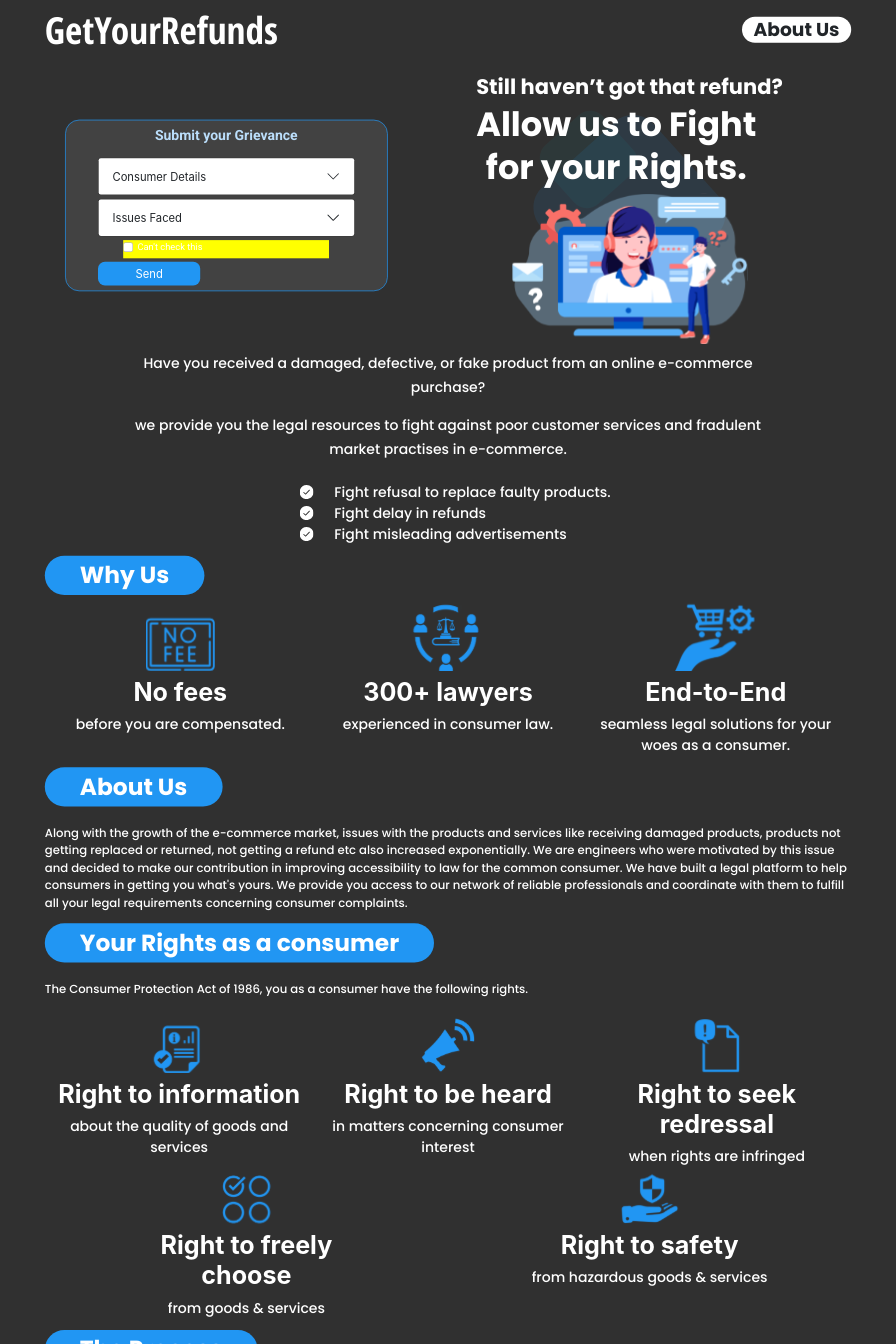
Repository: Eren00Yeager/initial-survey
Page: /consumer-complaints
These files come from the project's save history. The page is drawn as it stood at one moment and after the next save; the edit follows.
The browser window is 1280 px wide. The pictures show the part of the page from y = 0 to 1920 px (the page is 2604 px tall), at 70% of full size.
Some web fonts or font styles are not loaded; a fallback is used. The project was rebuilt for these pictures with package versions that can differ from the ones it lists, and the page was loaded fresh each time. The framework's server and built-in components were replaced by stand-ins that run in the browser. Also part of the build but not shown: next.config.js.

Above is the page before, as saved 2022-07-14 13:09:25.

### styles/globals.scss
@import "~bootstrap/scss/bootstrap";
html,
body {
  padding: 0;
  margin: 0;
  font-family: -apple-system, BlinkMacSystemFont, Segoe UI, Roboto, Oxygen,
    Ubuntu, Cantarell, Fira Sans, Droid Sans, Helvetica Neue, sans-serif;
}

a {
  color: inherit;
  text-decoration: none;
}

* {
  box-sizing: border-box;
}

### styles/consumer.module.css
@import url('https://fonts.googleapis.com/css2?family=Poppins:wght@700&display=swap');
@import url('https://fonts.googleapis.com/css2?family=Poppins:wght@500&display=swap');
@import url('https://fonts.googleapis.com/css2?family=Poppins:wght@400&display=swap');
@import url('https://fonts.googleapis.com/css2?family=Playfair+Display:wght@400&display=swap');
@import url('https://fonts.googleapis.com/css2?family=Roboto:wght@700&display=swap');
@import url('https://fonts.googleapis.com/css2?family=Roboto:wght@400&display=swap');
@import url('https://fonts.googleapis.com/css2?family=Open+Sans:wght@700&display=swap');
@import url('http://fonts.cdnfonts.com/css/sf-pro-display');
.container{font-size:2.083vw;}
@media only screen and (max-width: 900px) {
    .container{font-size:16px;}
    .log{
        width:  60px;
        height: 60px;
        }
    .container{
        background-color: #303030;
        /* background-image: linear-gradient(to top,#712020, #FF9C60); */
        /* min-height: 100vh; */
        width: 100%;
        display: flex;
        flex-direction: column;
        justify-content: space-between;
        row-gap: 30px;
        padding: 5px 10px;
        }
      .main{
        /* background-color: #FF9C60; */
        display: flex;
        flex-direction: column-reverse;
        justify-content: center;
        align-items: center;
        row-gap: 30px;
    }
    .frm{
        width: 90%;
        border: 2px solid #2196F3;
        border-radius: 20px;
        background-color: #424242;
        display: flex;
        flex-direction: column;
        padding: 8px 15px 8px 15px;
        row-gap: 20px;
    }

      .fm{
        display: flex;
        flex-direction:column;
        /* background-color: aqua; */
        /* align-items: center; */
        }
        .hd{
            font-size: 32px;
            color: #FFFFFF;
            text-align: center;
            font-family: 'Open Sans Condensed';
            font-style: normal;
            font-weight: 700;
            line-height: 44px;
            }
            .head{
            display: flex;
            flex-direction: row;
            align-items: center;
            width:90%;
            margin-left: auto;
            margin-right: auto;
            justify-content: space-between;
            }
      .btn{
        background-color: #FFFFFF;
        border: none;
        border-radius: 50px;
        padding: 0px 10px;
        font-family: 'Poppins';
        font-style: normal;
        font-weight: 700;
        color: 000000;
        font-size: 1em;

      }
      .t1{
          position: absolute;
          top:0;
        }

      .m1{
          display: flex;
          flex-direction: column;
          background-color: aquamarine;

      }
      .grev{
        color: #BBDEFB;
        text-align: center;
        font-family: 'Roboto';
         font-style: normal;
         font-weight: 700;
         font-size: 24px;
     }
     .nam{
     font-family: 'Poppins';
     font-style: normal;
     font-weight: 700;
     font-size: 20px;
     color: #FFFFFF;

     }
     .plc{
     font-family: 'Poppins';
     font-style: normal;
     font-weight: 500;
     font-size: 20px;
     line-height: 30px;
     border-radius: 20px;
     color: #A6A6A6;
     padding: 5px 20px;
     border:none;
     width:100%;
     }
     .check{
         width:25px;
         height: 25px;
     }
     .int{
         display: flex;
         flex-direction: row;
         column-gap: 10px;
         align-items: center;
     }
     .terms{

        color:#FFFFFF;
        align-self: center;
        font-family: 'Roboto';
        font-style: normal;
        font-weight: 500;
        font-size: 16px;
        line-height: 19px;
        width:100%;

     }
     .sub{
     background-color: #2196F3;
     border: none;
     color: #FFFFFF;
     border-radius: 10px;
     padding-top: 10px;
     padding-bottom: 10px;
     width:100%;
     }
     .details{
         display: flex;
         flex-direction: column;
         row-gap: 5px;
     }
     .tct{
         width:90%;
         position: relative;
         text-align: center;
         height: 300px;
        display: flex;
        flex-direction: column;
        align-items: center;
        justify-content: flex-end;

     }
     .py{
         bottom: 0;
         /* position: absolute; */
     }
      .title{
      font-family: 'Poppins';
      font-style: normal;
      font-weight: 700;
      display: flex;
      flex-direction: column;
      font-family: 'Poppins';
        font-style: normal;
        font-weight: 700;

      }
      .title1{
      font-size: 20px;
      color:white;
      font-size: 32px;
      line-height: 48px;


      }
      .title2{
      font-size: 24px;
      color: #FFFFFF;


      }
      .center{
          text-align: center;
      }
      .brown{
          color: #712020;
      }
      .tnk{
        width:90%;
        }
        .thank{
            font-family: 'Poppins';
            font-style: normal;
            font-weight: 700;
            font-size: 32px;
            line-height: 48px;
            text-align: center;

            color: #9E9CFF;
        }
      .mid{
      font-family: 'Poppins';
      font-style: normal;
      font-weight: 500;
      font-size: 18px;
      text-align:center;
      color: white;
      }
      .cont{
        /* min-height:70vh; */
        display:flex;
        flex-direction:column;
        justify-content:space-evenly;
        row-gap: 20px;
    }
    .cont1{
        display: flex;
        flex-direction: column;
        row-gap: 20px;
    }

      .p{
        display: flex;
        flex-direction: row;
      }
      .t{
    font-family: 'Poppins';
    font-style: normal;
    font-weight: 500;
    font-size: 18px;
    color: #FFFFFF;
    position: relative;
    left: 15px;
    display: flex;
    flex-direction:row;
    /* align-items:center; */
      }
      .i{
        height: 30px;
        width:30px;
        display:flex;
        flex-direction:row;
        align-items:center;
    }
    .points{
    display:flex;
    flex-direction:row;
    /* padding-top: 40px; */
    }
    .p{
    display: flex;
    flex-direction: row;
    }
      .f1{
      font-family: 'Poppins';
      font-style: normal;
      font-weight: 700;
      font-size: 16px;
      line-height: 24px;
      color: #FFFFFF;
      position: relative;
      left: 5px;
      }
      .f3{
          display: flex;
          flex-direction: column;
      }

      .fo{
        padding: 10px 10px;
        display: flex;
        flex-direction: column;
        row-gap: 10px;
    }
    .err{
        font-family: 'Poppins';
        font-style: normal;
        font-weight: 500;
        color: rgb(109, 0, 0);
        }
    .fo{
        display: flex;
        flex-direction: column;
        row-gap: 20px;
        /* background-color: #9E9CFF; */
        margin-left: auto;
        margin-right: auto;
        width: 90%;
        }
        .fwrap{
            display: flex;
            flex-direction: column;
            margin-left: auto;
            margin-right: auto;
            width: 100%;
        }
        .box{
            width:100%;
            /* background-color: #712020; */
            display: flex;
            flex-direction: column;
            row-gap: 10px;
            margin-left: auto;
            margin-right: auto;
        }
        .bsvg{
            display: flex;
            flex-direction: column;
            justify-content: flex-end;
            height: 40vw;
            /* background-color: #BBDEFB; */
            width:100%;
            align-items: center;
            /* background-color: #712020; */
        }
        .des1{
            font-family: 'SF Pro Display';
            font-style: normal;
            font-weight: 700;
            font-size: 7vw;
            line-height: 3.320vw;
            text-align: center;
        }
        .des2{
        font-family: 'Poppins';
        font-style: normal;
        font-weight: 500;
        font-size: 4.5vw;
        text-align: center;
        }
        .sech{
            background: #2196F3;
            border-radius: 50px;
            align-self: flex-start;
            font-family: 'Poppins';
            font-style: normal;
            font-weight: 700;
            font-size: 30px;
            text-align: center;
            color: #FFFFFF;
            padding: 3px 10px;
            }
            .abt{
                font-family: 'Poppins';
                font-style: normal;
                font-weight: 500;
                font-size: 15px;

                color: #FFFFFF;
                }
                .proc{
                    display: flex;
                    flex-direction: column;

                    align-items: center;
                 }

                 .pu{
                    font-family: 'SF Pro Display';
                    font-style: normal;
                    font-weight: 700;
                    font-size: 23px;
                    color: #FFFFFF;
                }
                .pd{
                    font-family: 'SF Pro Display';
                    font-style: normal;
                    font-weight: 500;
                    font-size: 18px;
                    color: #FFFFFF;

                }
                .pr{
                    display: flex;
                    flex-direction: column;
                    row-gap: 1.302vw;
                    width: 100%;
                }

                .ques{
                    font-family: 'Poppins';
                    font-style: normal;
                    font-weight: 700;
                    font-size: 18px;
                    color: #FFFFFF;
                }
                .ans{

                    font-family: 'Poppins';
                    font-style: normal;
                    font-weight: 400;
                    font-size: 15px;

                    color: #FFFFFF;

                }
                .ftxt{
                    font-family: 'Poppins';
                    font-style: normal;
                    font-weight: 700;
                    font-size: 20px;
                    color: #FFFFFF;
                }
                .cprt{

                    font-family: 'Poppins';
                    font-style: normal;
                    font-weight: 400;
                    color: #FFFFFF;

                }

                .foot{
                    /* background-color: pink; */
                    display: flex;
                    flex-direction: column;
                    row-gap: 20px;
                    width: 100%;
                    align-items: center;
                }
                .ab1{


                   /* background-color: #712020; */

                }
                .ab2{

                    display: flex;
                    flex-direction: row;
                    column-gap: 0.651vw;

                }

.qa{
    display: flex;
    flex-direction: column;
    row-gap: 10px;
}
.sect{
    display: flex;
    flex-direction: column;
    row-gap:20px;
    width:90%;
    /* background-color: #FFFFFF; */
    margin-left: auto;
    margin-right: auto;
    }


 }


 @media only screen and (min-width: 900px) {
    .sect{
        display: flex;
        flex-direction: column;
        row-gap: 1.953vw;
        width:90%;
        /* background-color: #FFFFFF; */
        margin-left: auto;
        margin-right: auto;
        }

.qa{
    display: flex;
    flex-direction: column;
    row-gap: 0.326vw;
}

    .foot{
        /* background-color: pink; */
        display: flex;
        flex-direction: row;
        align-items: flex-end;
        width: 100%;
        position: relative;
    }
    .ab1{
        position: absolute;
        z-index: 10;
        left: 15%;
       /* background-color: #712020; */
       bottom: 3vw;
    }
    .ab2{
        position: absolute;
        display: flex;
        flex-direction: row;
        column-gap: 0.651vw;
        z-index: 10;
        right: 6%;
        bottom: 3vw;

    }
    .ques{
        font-family: 'Poppins';
        font-style: normal;
        font-weight: 700;
        font-size: 1.302vw;
        line-height: 1.953vw;
        color: #FFFFFF;
    }
    .ans{

        font-family: 'Poppins';
        font-style: normal;
        font-weight: 500;
        font-size: 1.302vw;
        line-height: 1.953vw;

        color: #FFFFFF;

    }
    .ftxt{
        font-family: 'Poppins';
        font-style: normal;
        font-weight: 700;
        font-size: 2.083vw;
        line-height:3.125vw;

        color: #FFFFFF;
    }
    .cprt{

        font-family: 'Poppins';
        font-style: normal;
        font-weight: 400;
        font-size: 1.302vw;
        line-height: 1.953vw;

        color: #FFFFFF;

    }
    .pr{
        display: flex;
        flex-direction: column;
        row-gap: 1.302vw;
        width: 30%;
    }
    .pu{
        font-family: 'SF Pro Display';
        font-style: normal;
        font-weight: 700;
        font-size: 2.344vw;
        line-height: 2.799vw;
        text-align: center;

        color: #FFFFFF;
    }
    .pd{
        font-family: 'SF Pro Display';
        font-style: normal;
        font-weight: 500;
        font-size: 1.302vw;
        line-height: 1.563vw;
        text-align: center;

        color: #FFFFFF;

    }
    .proc{
        display: flex;
        flex-direction: row;
     }
    .abt{
        font-family: 'Poppins';
        font-style: normal;
        font-weight: 500;
        font-size: 1.302vw;
        line-height: 1.953vw;
        color: #FFFFFF;
        }

    .sech{
        background: #2196F3;
        border-radius: 50px;
        align-self: flex-start;
        font-family: 'Poppins';
        font-style: normal;
        font-weight: 700;
        font-size: 2.604vw;
        text-align: center;
        color: #FFFFFF;
        padding: 3px 50px;
        }
    .des1{
        font-family: 'SF Pro Display';
        font-style: normal;
        font-weight: 700;
        font-size: 2.799vw;
        line-height: 3.320vw;
        text-align: center;
    }
    .des2{
    font-family: 'Poppins';
    font-style: normal;
    font-weight: 500;
    font-size: 1.563vw;
    text-align: center;
    }
    .bsvg{
        display: flex;
        flex-direction: column;
        justify-content: flex-end;
        height: 6.510vw;
        /* background-color: #BBDEFB; */
        width:100%;
        align-items: center;
        /* background-color: #712020; */
    }

    .box{
        width:33%;
        display: flex;
        flex-direction: column;
        row-gap: 0.651vw;
        /* background-color: brown; */
        /* flex: 1 1 500px; */
    }
    .fwrap{
        display: flex;
        flex-wrap: wrap;
        /* width:80%; */
        margin-left: auto;
        margin-right: auto;

        justify-content: space-around;
    }
.log{
width: 5.208vw;
height:5.208vw;
}
.err{
font-family: 'Poppins';
font-style: normal;
font-weight: 500;
/* text-align:center; */
color: rgb(109, 0, 0);
font-size: 0.5em;
}
.container{
background-color: #303030;
/* background-image: linear-gradient(to top,#712020, #FF9C60); */
min-height: 100vh;
display: flex;
flex-direction: column;
justify-content: space-between;
row-gap: 1.302vw;
}
.title{
    font-family: 'Poppins';
    font-style: normal;
    font-weight: 700;
    /* text-align: center; */
    display: flex;
    flex-direction: column;
    align-items: flex-start;
    }
.hd{
font-size: 2em;
/* line-height: 1.1em; */
/* background-color: blue; */
color: #FFFFFF;
text-align: center;
font-family: 'Open Sans Condensed';
font-style: normal;
font-weight: 700;
/* font-size: 75px; */
line-height: 6.641vw;
}

.btn{
background-color: #FFFFFF;
border: none;
border-radius: 3.255vw;
padding: 0 1.302vw;
font-family: 'Poppins';
font-style: normal;
font-weight: 700;
color: 000000;
font-size: 1em;

}
.head{
display: flex;
flex-direction: row;
align-items: center;
/* background-color: yellow; */
/* padding:10px 20px 0px 60px; */
width:90%;
margin-left: auto;
margin-right: auto;
/* margin: auto; */
/* background-color: #BBDEFB; */
justify-content: space-between;
}
.main{
    /* background-color: #FF9C60; */
    display: flex;
    flex-direction: row;
    justify-content: space-around;
    align-items: center;
    width: 90%;
    margin-left: auto;
    margin-right: auto;
}
.frm{
    width: 40%;
    /* height: 60vh; */
    border: 0.130vw solid #2196F3;
    border-radius: 20px;
    background-color: #424242;
    display: flex;
    flex-direction: column;
    justify-content: space-between;
    padding: 0.521vw 0vw 0.521vw 0vw;
    row-gap: 1.302vw;
}
.t1{
    position: absolute;
    display: flex;
    flex-direction: column;
    top:0;
}
.py{

    /* background-color: yellow; */
    position: relative;
    top:12%;

    /* position: absolute; */

    /* margin-right: auto; */
    /* top: 50px; */
}
.grev{
   color: #BBDEFB;
   text-align: center;
   font-family: 'Roboto';
    font-style: normal;
    font-weight: 700;
    font-size: 1.563vw;
}

.nam{
font-family: 'Poppins';
font-style: normal;
font-weight: 700;
font-size: 1.302vw;
color: #FFFFFF;
/* line-height: 36px; */
}
.plc{
font-family: 'Poppins';
font-style: normal;
font-weight: 500;
font-size: 1.302vw;
line-height: 1.953vw;
border-radius: 20px;
color: #A6A6A6;
padding: 5px 20px;
border:none;
width:100%;
}
.check{
    width:20px;
    height: 20px;
}
.int{
    display: flex;
    flex-direction: row;
    column-gap: 0.651vw;
    align-items: center;
}
.terms{
    color:#FFFFFF;
    align-self: center;
    font-family: 'Roboto';
    font-style: normal;
    font-weight: 500;
    font-size: 1.042vw;
    /* line-height: 19px; */
    background-color: yellow;
    width:80%;
}
.sub{
background-color: #2196F3;
border: none;
color: #FFFFFF;
border-radius: 10px;
padding-top: 5px;
padding-bottom: 5px;
width: 40%;
}
.details{
    display: flex;
    flex-direction: column;
    row-gap: 5px;
    margin-left: auto;
    margin-right: auto;
    width:80%;
}
.tnk{
width:40%;
}
.thank{
font-family: 'Poppins';
font-style: normal;
font-weight: 700;
font-size: 4.167vw;
line-height: 6.250vw;
text-align: center;

color: #9E9CFF;
}
.tct{
    min-width:50%;
    /* background-color: pink; */
    /* padding-left: 20px; */
    position: relative;
    /* text-align: center; */
    /* border: 2px solid black; */
    height:29.948vw;
    display: flex;
    flex-direction: column;
    align-items: center;

}
.title{
font-family: 'Poppins';
font-style: normal;
font-weight: 700;
/* line-height: 1em; */
color: #FFFFFF;
}
.title1{
text-align: center;
font-weight: 700;
font-size: 1.8em;
line-height: 1.3em;
}
.title2{
    font-size: 2.344vw;
    line-height: 3.516vw;
    margin: auto;
}
.fo{
   display: flex;
   flex-direction: column;
   row-gap: 20px;
   /* background-color: #9E9CFF; */
   margin-left: auto;
   margin-right: auto;
   width: 70%;
}
.mid{
font-family: 'Poppins';
font-style: normal;
font-weight: 500;
text-align:center;
color: white;
font-size: 20px;
line-height: 1.7em;
}
.i{
    /* background-color:pink; */
    height: 30px;
    width:30px;
    display:flex;
    flex-direction:row;
    align-items:center;
}

.points{
text-align:center;
/* background-color:pink; */
display:flex;
flex-direction:row;
justify-content:center;
padding-top: 10px;
}
.p{
display: flex;
flex-direction: row;
}
.t{
font-family: 'Poppins';
font-style: normal;
font-weight: 500;
font-size: 20px;
color: #FFFFFF;
position: relative;
left: 20px;
display: flex;
flex-direction:row;
align-items:center;
}

.f1{
font-family: 'Poppins';
font-style: normal;
font-weight: 700;
font-size: 1em;
line-height: 54px;
color: #FFFFFF;
text-align:center;
}
.cont{
    min-height:70vh;
    display:flex;
    flex-direction:column;
    justify-content:space-evenly;
}

.i1{
justify-content: center;
display:flex;
flex-direction:row;
justify-content:center;
padding:8px 0px;
}
.i2{
text-align:center;
}

}


.des{
color: #FFFFFF;
display: flex;
flex-direction: column;
row-gap: 10px;
/* background-color: #712020; */
/* row-gap: 10px; */
}


.svg{
    /* background-color: yellow; */
    align-self: center;
    display: flex;
    flex-direction: row;
    justify-content: center;
    align-items:flex-end;
    width: 3.255vw;
    position: 'relative';
}

.s{
   overflow: hidden;
}
.pot{
    color:"black";
}

Loaded but not shown: pages/_app.js (common file); pages/consumer-complaints.jsx (387 lines, source omitted)

After the next save:
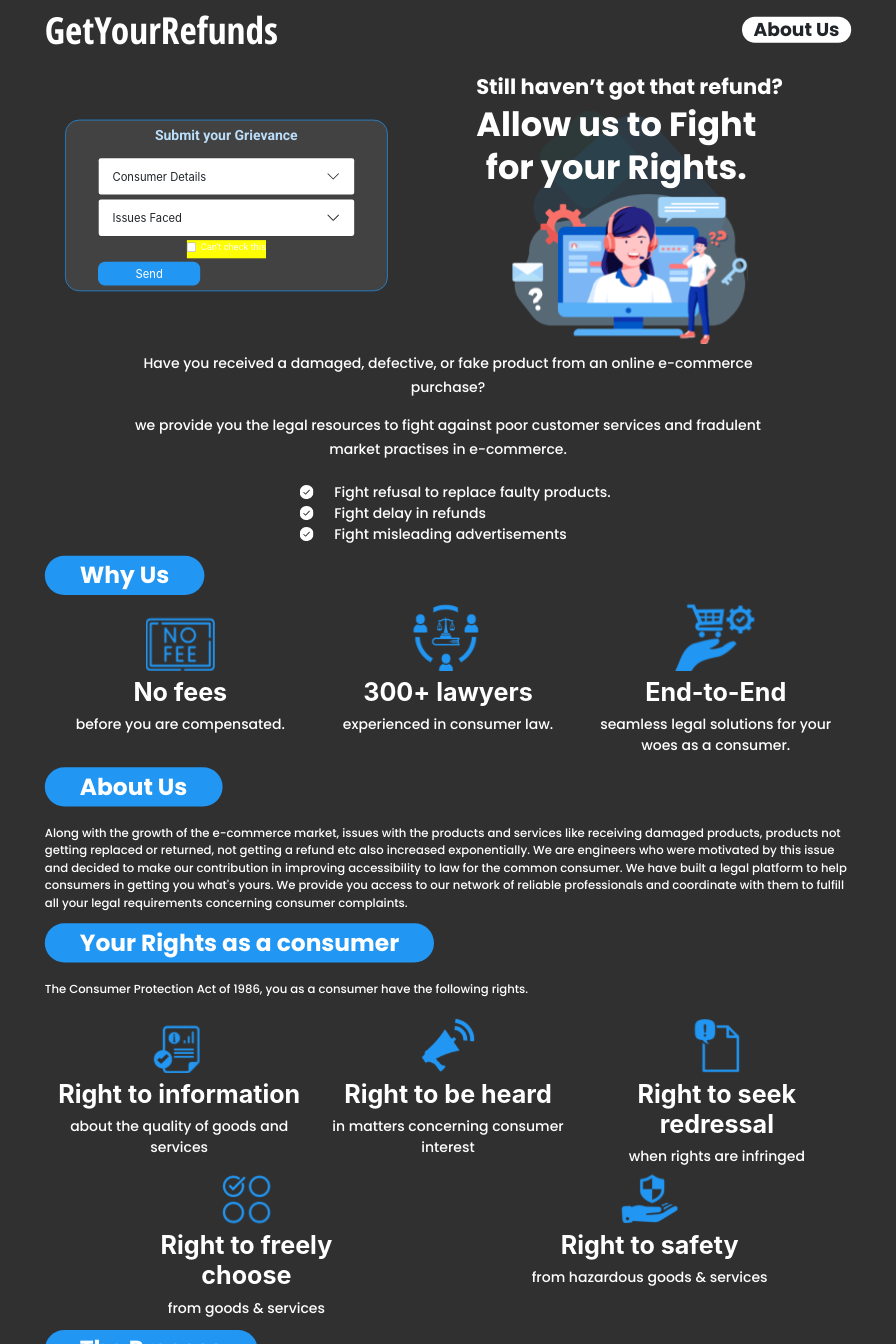
Saved 11 s later.
--- a/styles/consumer.module.css
+++ b/styles/consumer.module.css
@@ -797,7 +797,7 @@ width:100%;
     font-size: 1.042vw;
     /* line-height: 19px; */
     background-color: yellow;
-    width:80%;
+    /* width:80%; */
 }
 .sub{
 background-color: #2196F3;
